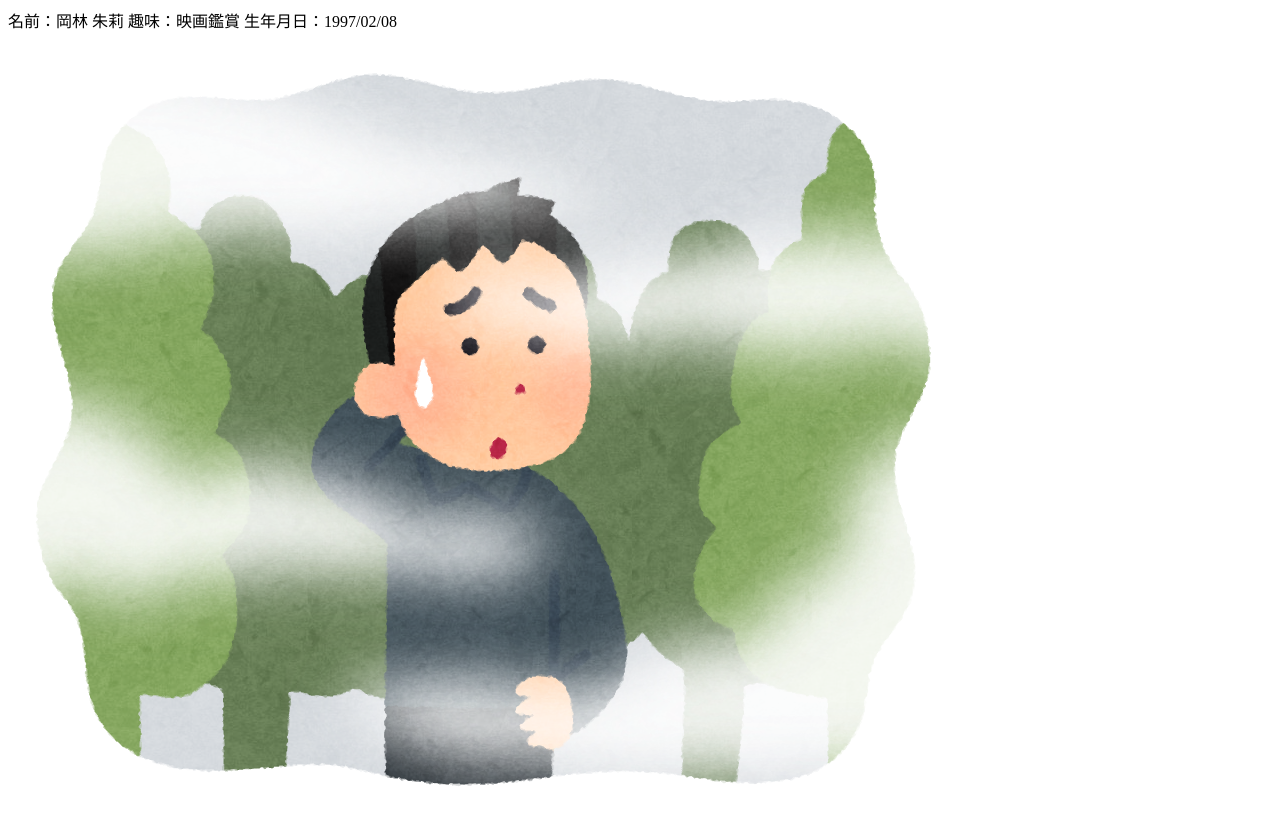
Repository: akari-okabayashi/web_basic
Page: ex-web/src/main/webapp/user/myPage.html
The author's editor kept a copy of each file at every save. The page is drawn from the files as they stood at one save, then again after the next save.
The browser window is 1280 px wide. The pictures show the whole page.

Above is the page before, as saved 2024-01-26 05:05:00.

### ex-web/src/main/webapp/user/myPage.html
<!DOCTYPE html>
<html>
<head>
<meta charset="UTF-8">
<title>Insert title here</title>
</head>
<body>
名前：岡林 朱莉
趣味：映画鑑賞
生年月日：1997/02/08
<img src="../img/kotowaza_gorimuchu.png">
</body>
</html>

After the next save:
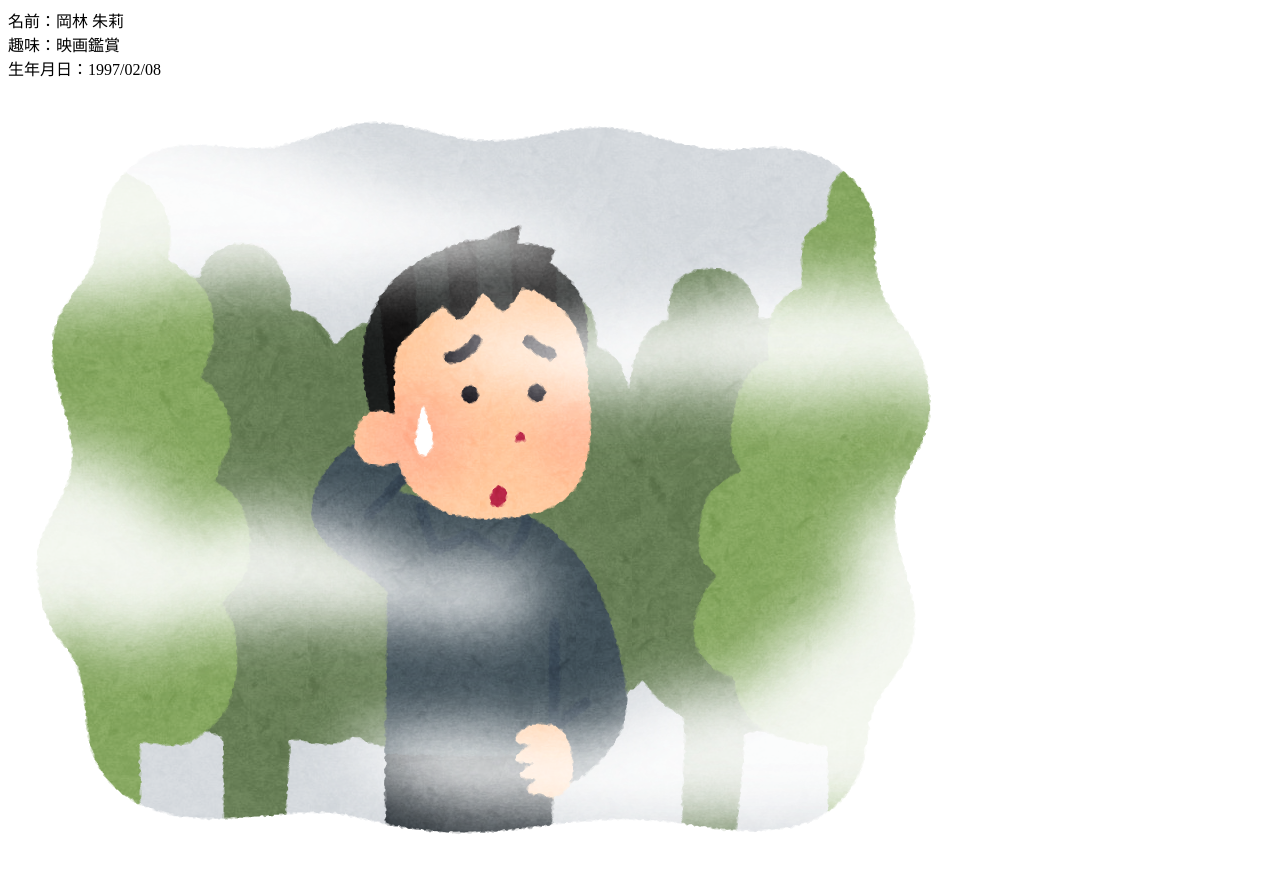
Saved 44 s later.
--- a/ex-web/src/main/webapp/user/myPage.html
+++ b/ex-web/src/main/webapp/user/myPage.html
@@ -5,9 +5,9 @@
 <title>Insert title here</title>
 </head>
 <body>
-名前：岡林 朱莉
-趣味：映画鑑賞
-生年月日：1997/02/08
+名前：岡林 朱莉 <br>
+趣味：映画鑑賞 <br>
+生年月日：1997/02/08 <br>
 <img src="../img/kotowaza_gorimuchu.png">
 </body>
 </html>
